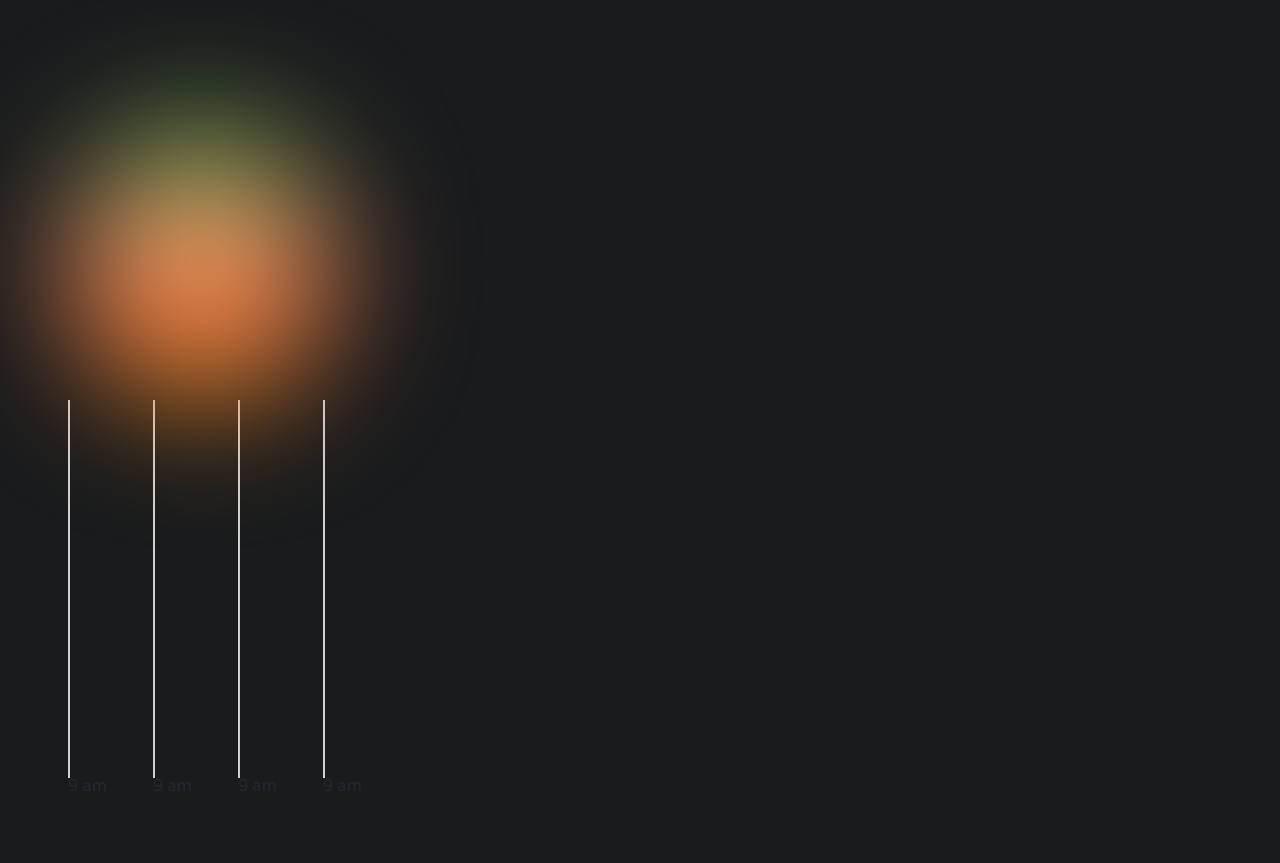
Repository: anhthiethumg/Task_Managerment_Website
Page: index.html
These files come from the project's save history. The page is drawn as it stood at one moment and after the next save; the edit follows.
The browser window is 1280 px wide. The pictures show the part of the page from y = 2400 to 3263 px (the page is 3263 px tall).
A picture or video elsewhere on the page could not be fetched, so the positions and the page height are approximate.

Above is the page before, as saved 2023-07-31 08:37:22.

After the next save:
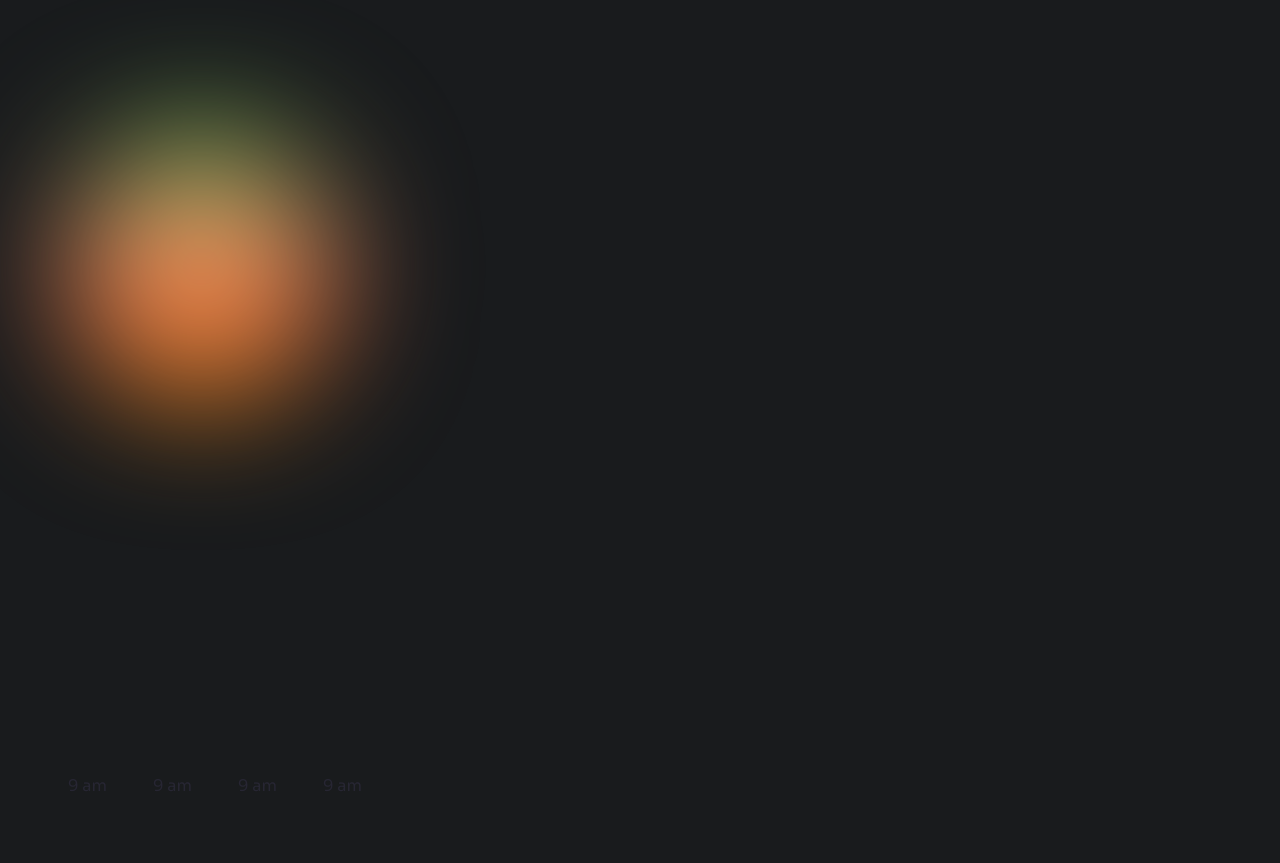
Saved 8 s later.
--- a/assets/css/styles.css
+++ b/assets/css/styles.css
@@ -644,5 +644,5 @@ a {
 .line {
   height: 100%;
   width: 1px;
-  border:  1px solid #D0D0D0;
-}
+  border:  1px  #D0D0D0;
+}
